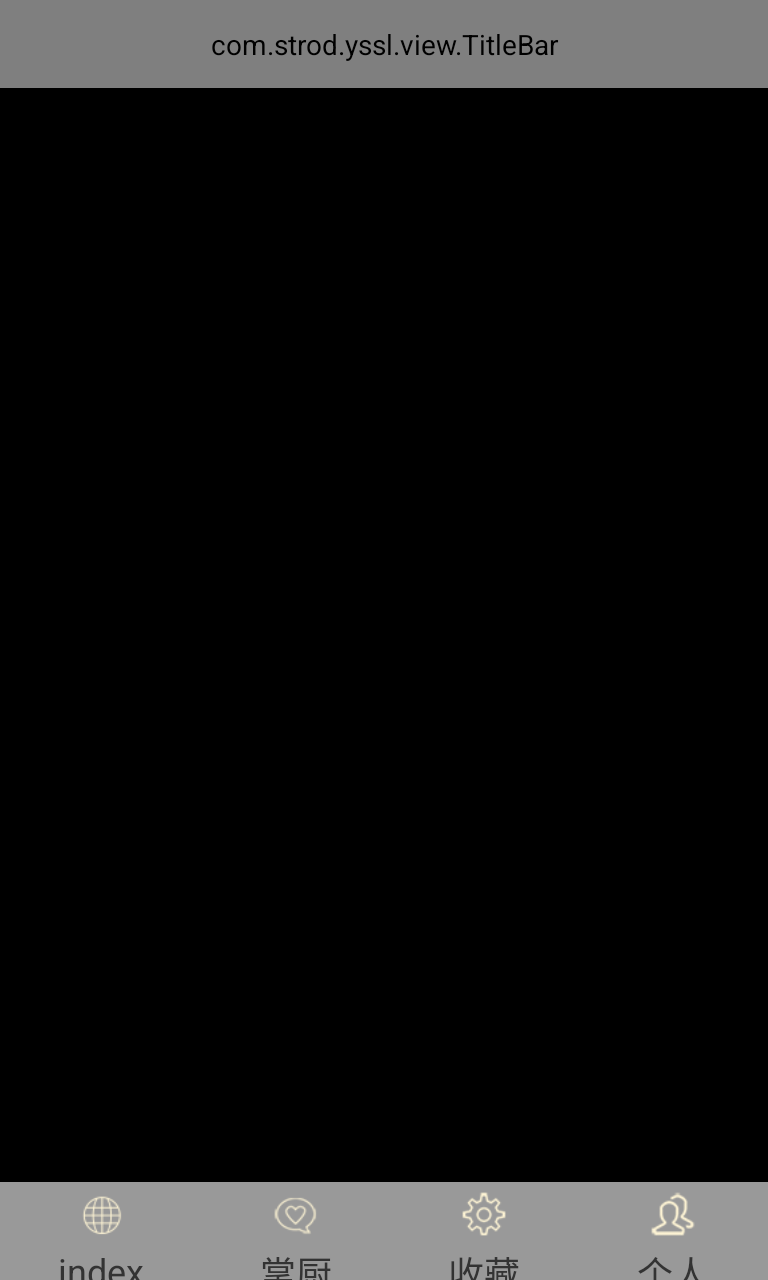
Repository: duyuan199010/atangge
Layout: yssl/res/layout/activity_main.xml
These files come from the project's save history. The layout is drawn as it stood at one moment and after the next save; the edit follows.
Pictures or frames that could not be fetched are drawn as grey boxes. It is drawn on a 768 x 1280 px phone screen (xhdpi) without system bars, with theme Theme.PageIndicatorDefaults; the app's code is not run.

Above is the layout before, as saved 2015-08-11 12:15:35.

After the next save:
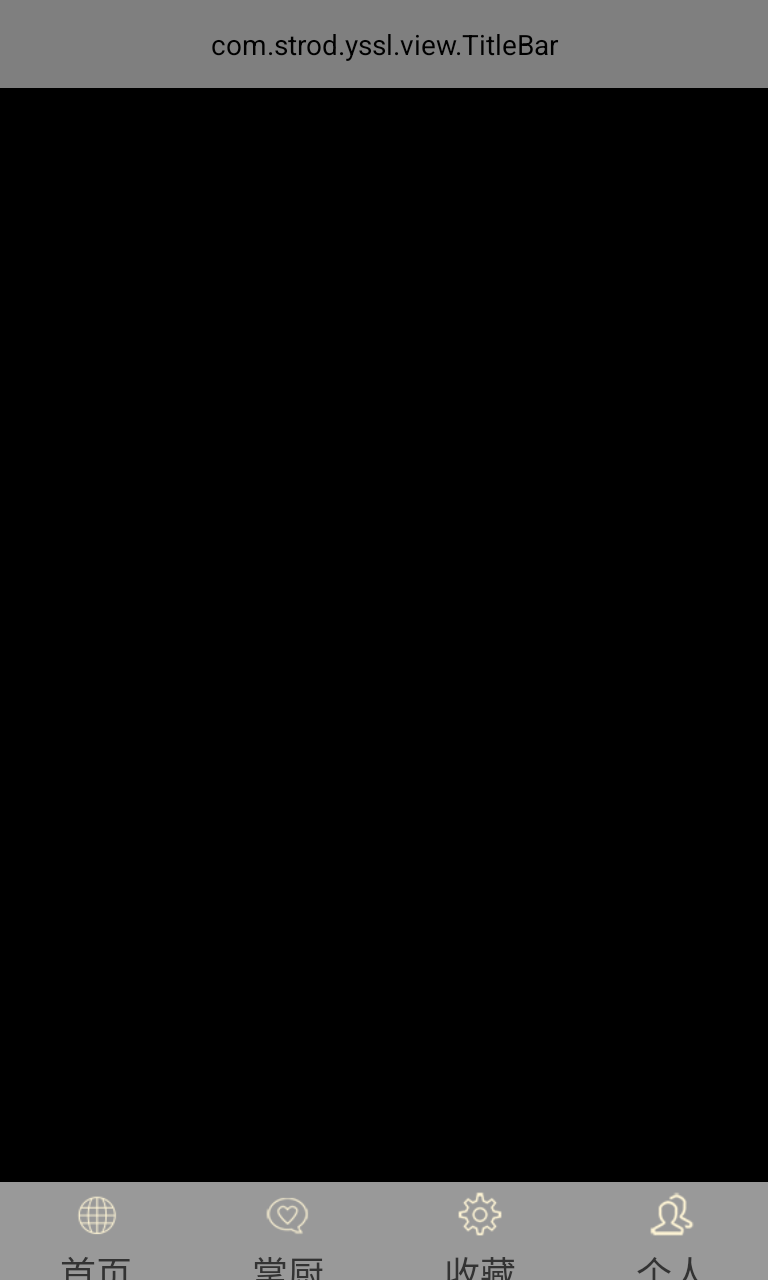
Saved 8 s later.
--- a/yssl/res/layout/activity_main.xml
+++ b/yssl/res/layout/activity_main.xml
@@ -37,7 +37,7 @@
             android:button="@null"
             android:drawableTop="@drawable/all_news"
             android:gravity="center"
-            android:text="index" />
+            android:text="@string/main_index" />
 
         <RadioButton
             android:id="@+id/radio_publish"
